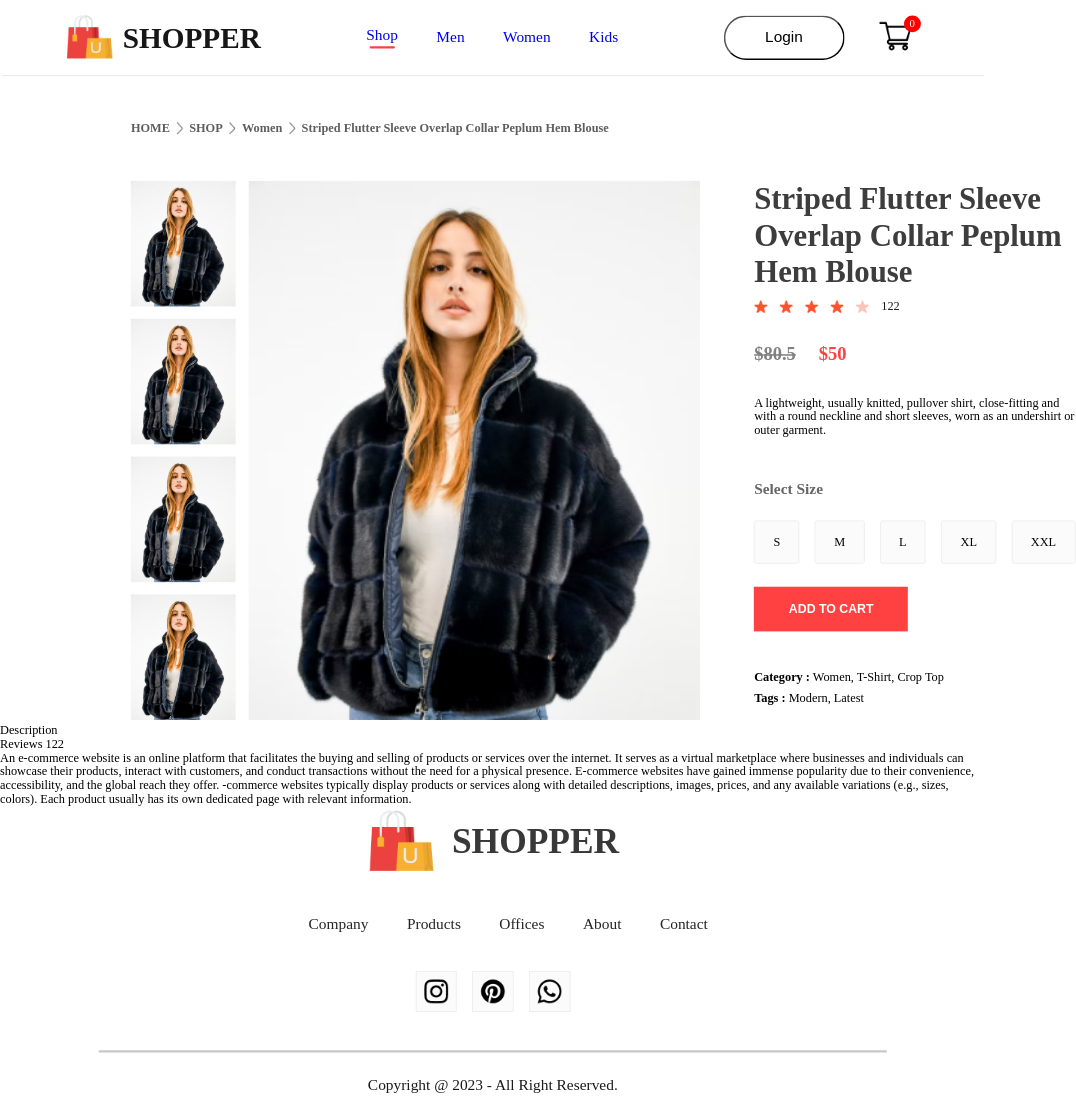
Repository: Nandhini653/SHOPPER-ECOM
Page: /product/1
The author's editor kept a copy of each file at every save. The page is drawn from the files as they stood at one save, then again after the next save.
The browser window is 1280 px wide. The page is 1397 px wide, so the pictures cover 1397 px, including what lies to the right of the window. The pictures show the whole page, at 77% of full size.
The project was rebuilt for these pictures with package versions that can differ from the ones it lists, and the page was loaded fresh each time. Also part of the build but not shown: src/App.css, src/Pages/CSS/ShopCategory.css, src/Components/Item/Item.css, src/Components/Item/Item.jsx, src/Pages/ShopCategory.jsx, src/Pages/Cart.jsx, src/Pages/CSS/LoginSignup.css, src/Pages/LoginSignup.jsx and 14 more.

Above is the page before, as saved 2024-06-24 17:40:21.

After the next save:
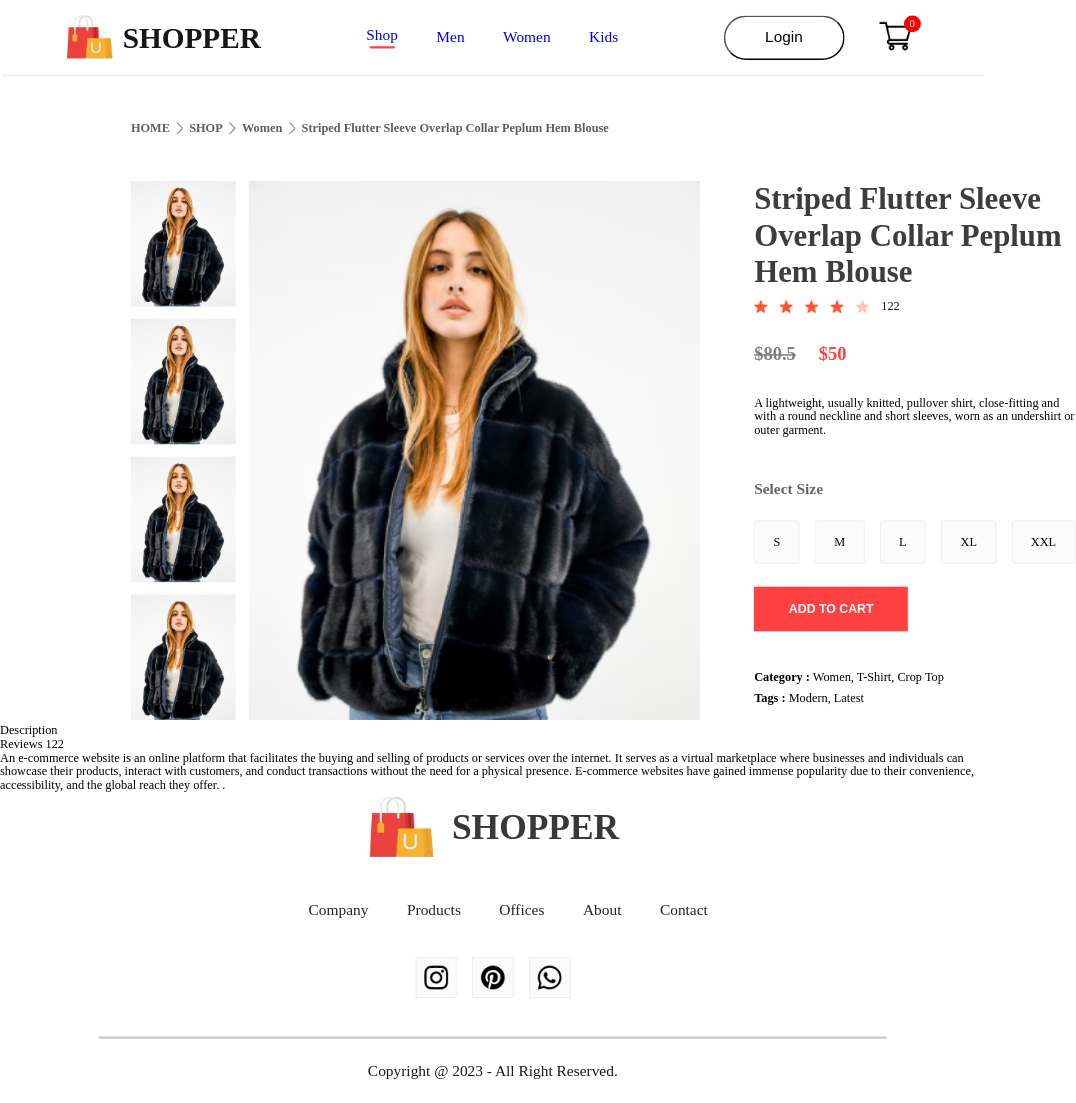
Saved 29 s later.
--- a/src/Components/DescriptionBox/DescriptionBox.jsx
+++ b/src/Components/DescriptionBox/DescriptionBox.jsx
@@ -11,7 +11,7 @@ const DescriptionBox = () => {
             <div className="description-description">
                 <p>An e-commerce website is an online platform that facilitates the buying and selling of products or services over the internet. It serves as a virtual marketplace where businesses and individuals can showcase their products, interact with
                     customers, and conduct transactions without the need for a physical presence. E-commerce websites have gained immense popularity due to their convenience, accessibility, and the global reach they offer.
-                    -commerce websites typically display products or services along with detailed descriptions, images, prices, and any available variations (e.g., sizes, colors). Each product usually has its own dedicated page with relevant information.</p>
+                   .</p>
                 <p></p>
             </div>
         </div>
